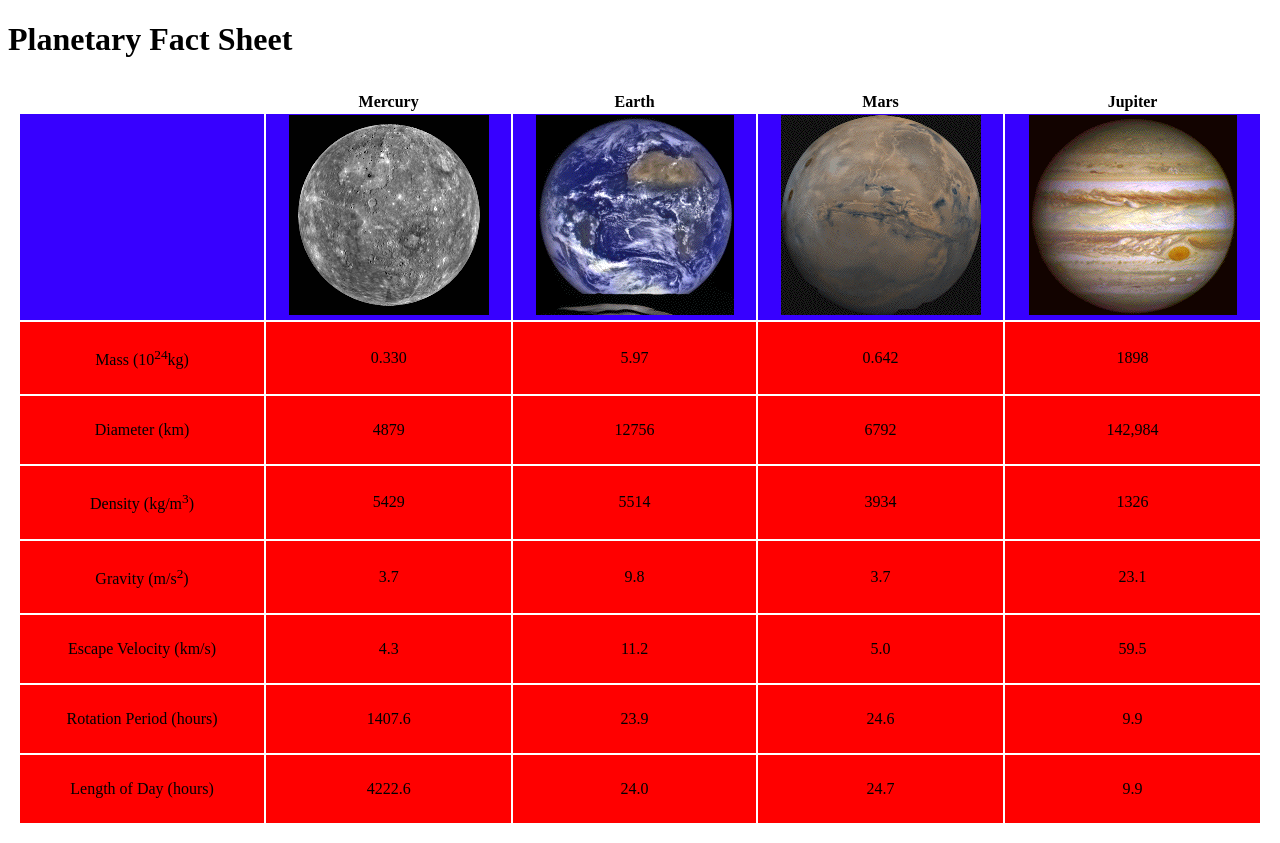
Repository: rishondass/ITMD361-Lab5
Page: index.html
The author's editor kept a copy of each file at every save. The page is drawn from the files as they stood at one save, then again after a run of saves.
The browser window is 1280 px wide. The pictures show the whole page.

Above is the page before, as saved 2023-02-22 19:08:39.

### index.html
<!DOCTYPE html>
<html lang="en">
<head>
  <meta charset="utf-8">
  <title>Planetary Fact Sheet</title>
  <link rel="stylesheet" href="css/style.css">
</head>
<body>
  <h1>Planetary Fact Sheet</h1>
  <table id="planets">
    <tr>
      <th></th>
      <th>Mercury</th>
      <th>Earth</th>
      <th>Mars</th>
      <th>Jupiter</th>
    </tr>
    <tr>
      <td></td>
      <td><img src="images/mercury.gif" alt="image_of_Mercury"></td>
      <td><img src="images/earth.gif" alt="image_of_Earth"></td>
      <td><img src="images/mars.gif" alt="image_of_Mars"></td>
      <td><img src="images/jupiter.gif" alt="image_of_Jupiter"></td>
    </tr>
    <tr class="data">
      <td>Mass (10<sup>24</sup>kg)</td>
      <td>0.330</td>
      <td>5.97</td>
      <td>0.642</td>
      <td>1898</td>
    </tr>
    <tr class="data">
      <td>Diameter (km)</td>
      <td>4879</td>
      <td>12756</td>
      <td>6792</td>
      <td>142,984</td>
    </tr>
    <tr class="data">
      <td>Density (kg/m<sup>3</sup>)</td>
      <td>5429</td>
      <td>5514</td>
      <td>3934</td>
      <td>1326</td>
    </tr>
    <tr class="data">
      <td>Gravity (m/s<sup>2</sup>)</td>
      <td>3.7</td>
      <td>9.8</td>
      <td>3.7</td>
      <td>23.1</td>
    </tr>
    <tr class="data">
      <td>Escape Velocity (km/s)</td>
      <td>4.3</td>
      <td>11.2</td>
      <td>5.0</td>
      <td>59.5</td>
    </tr>
    <tr class="data">
      <td>Rotation Period (hours)</td>
      <td>1407.6</td>
      <td>23.9</td>
      <td>24.6</td>
      <td>9.9</td>
    </tr>
    <tr class="data">
      <td>Length of Day (hours)</td>
      <td>4222.6</td>
      <td>24.0</td>
      <td>24.7</td>
      <td>9.9</td>
    </tr>
  </table>
</body>

### css/style.css
#planets {
	border: none;
  padding: 10px;
  /* background-color: aqua; */
  width: 100%;
  text-align: center;
  /* height: 80vh; */
}

.data td{
  background-color: red;
  padding: 25px;
}

#planets tr:nth-child(even){
  background-color: rgb(55, 0, 255);
}

After the next 2 saves:
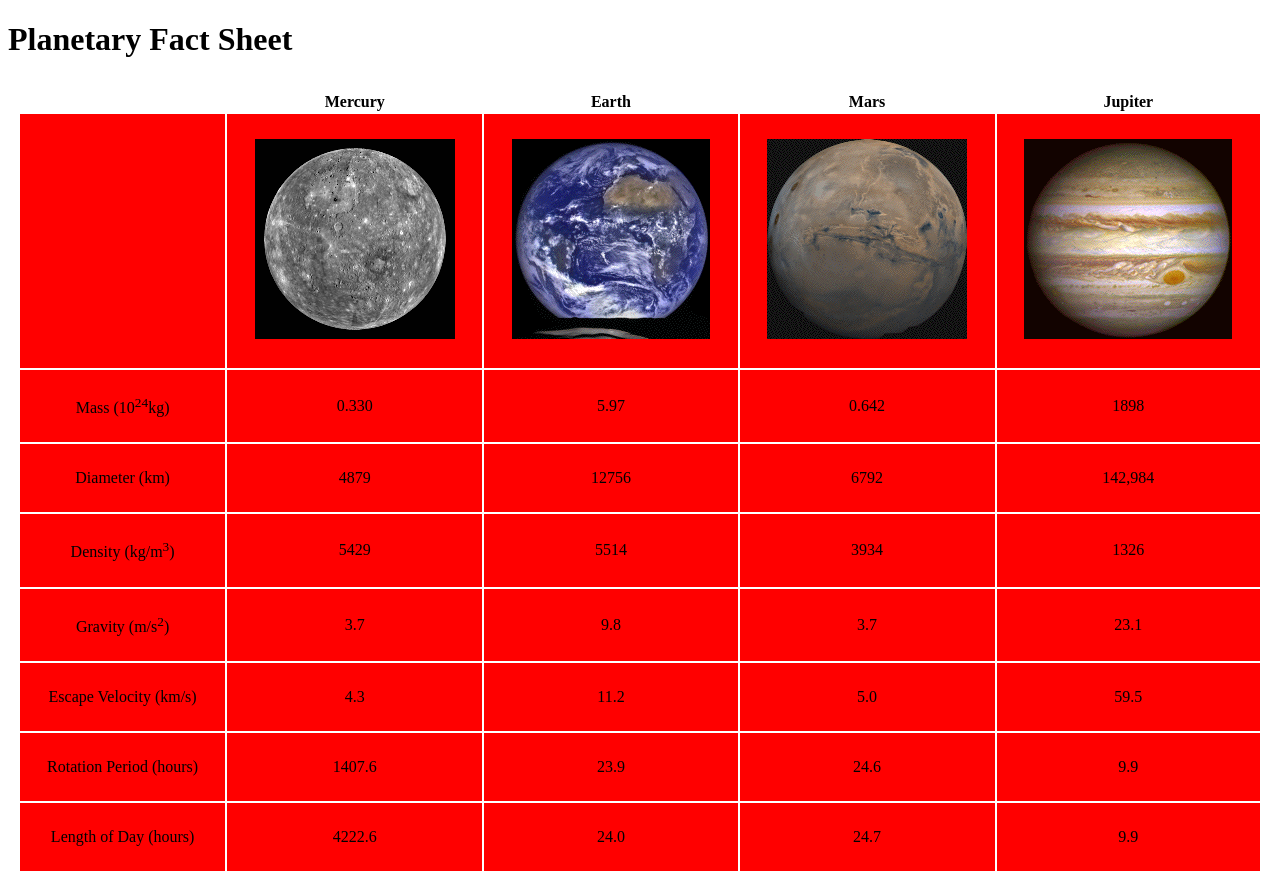
The 2 saves are shown as one change because they came seconds apart.
The last was saved 17 s later.
--- a/css/style.css
+++ b/css/style.css
@@ -7,7 +7,7 @@
   /* height: 80vh; */
 }
 
-.data td{
+#planets tr td{
   background-color: red;
   padding: 25px;
 }
